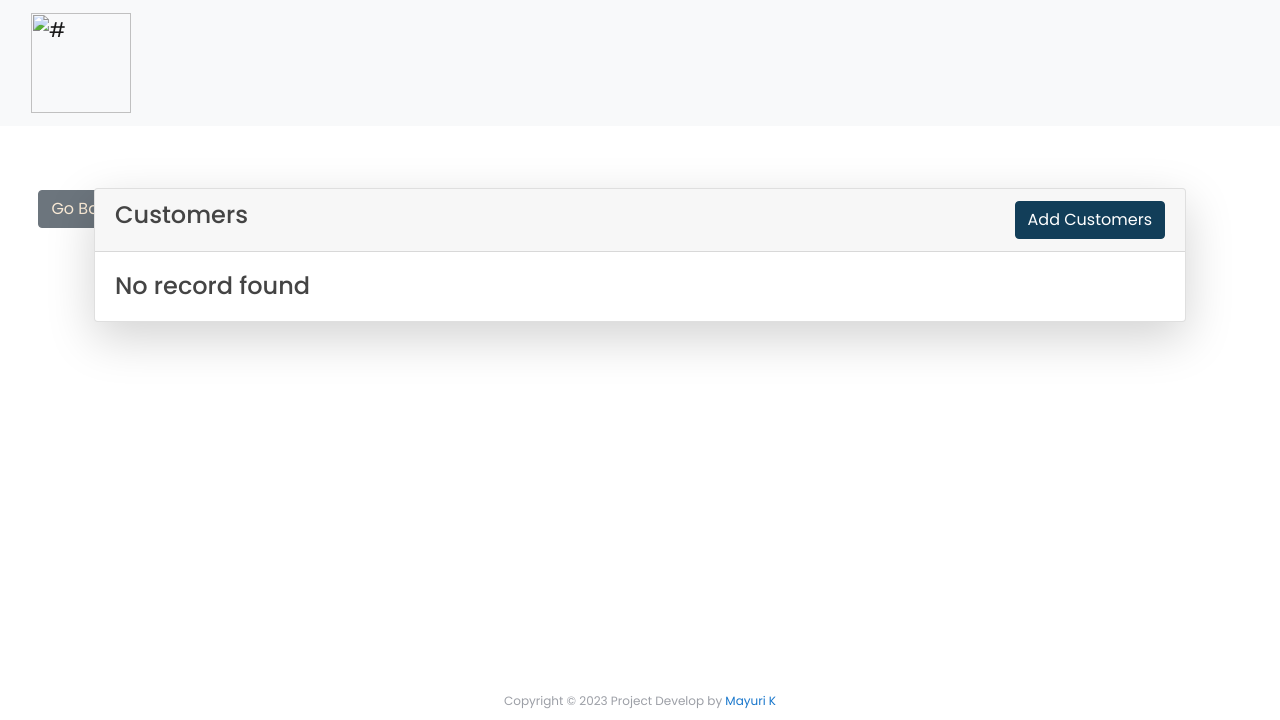
Repository: JyrossC/POS-PHP
Page: http://localhost/customer/customers.php
These files come from the project's save history. The page is drawn as it stood at one moment and after the next save; the edit follows.
The browser window is 1280 px wide. The pictures show the whole page.
Some web fonts or font styles are not loaded; a fallback is used. The page is run by PHP 8.4 with error messages shown; the project is at /var/www/html/. Other server files are loaded and not shown. Queries for data that is not in the repository find no rows.

Above is the page before, as saved 2024-08-24 14:58:03.

### POS System/customer/customers.php
<?php

include('../header.php');
include('function.php');
include('header1.php');
include('navbar.php');



?>

<div class=" mt-5 py-3" style="margin-left: 3%; text-decoration: none;" >
    <button type="button" class="btn btn-secondary">
        <a href="../index.php" style="text-decoration: none; color:antiquewhite; ">Go Back</a>
    </button>
</div>

<div class="container px-4" style="margin-top: -80px;" >
    <div class="card mt-4 shadow-lg">
        <div class="card-header">
            <h4 class="mb-0">Customers
                <a href="add-customer.php" class="btn btn-primary float-end">Add Customers</a>
            </h4>
        </div>
        <div class="card-body">
            <?php alertMessage(); ?>

            <?php
                $customers = getAll('customers');
                if(!$customers){
                    echo '<h4>Something Went Wrong</h4>';
                    return false;
                }
                if(mysqli_num_rows($customers) > 0)
                {


            ?>

            <div class="table-responsive">
                <table class="table table-striped table-bordered">
                    <thead>
                        <tr>
                            <th>ID</th>
                            <th>Name</th>
                            <!-- <th>Email</th> -->
                            <th>Phone</th>
                            <!-- <th>image</th> -->
                            <th>Status</th>
                            <th>Action</th>
                        </tr>
                    </thead>
                    <tbody>

                        <?php foreach($customers as $item) : ?>
                        <tr>
                            <td><?=$item['id']; ?></td>
                            <td><?=$item['name']; ?></td>
                            <!-- <td><?=$item['email']; ?></td> -->
                            <td><?=$item['phone']; ?></td>
                            <!-- <td><?=$item['image']; ?></td> -->

                            <td class="justify-content-center">
                                <?php
                                   if($item['status'] == 1 )
                                   {
                                    echo '<span class="badge bg-danger">Hidden</span>';
                                   }
                                   else
                                   {
                                    echo '<span class="badge bg-success">Visible</span>';
                                   }
                                ?>

                            </td>
                            <td>
                                <a href="edit-customer.php?id=<?= $item['id']; ?>" class="btn btn-primary btn-sm">Edit</a>
                                <a href="delete-customer.php?id=<?= $item['id']; ?>" class="btn btn-danger btn-sm">Delete</a>
                            </td>
                        </tr>
                        <?php endforeach; ?>

                    </tbody>
                </table>
            </div>


            <?php
                        }
                        else
                        {
                            ?>
                            <tr>
                                <h4 class="mb-0">No record found</h4>
                            </tr>
                            <?php
                        }
                        ?>


        </div>
    </div>

    </div>
</div>

<!-- <div class="footer">
    <footer>
            <div class="row">
                <div class="col-4">
                <div class="card">
                    <div class="card-body">

                    </div>
                </div>
            </div>
        </div>
    </footer>
</div> -->

### POS System/header.php
  <link rel="icon" type="image/x-icon" href="assets/uploads/fav.png">
  <meta content="" name="descriptison">
  <meta content="" name="keywords">



  <!-- Google Fonts -->
  <link href="https://fonts.googleapis.com/css?family=Open+Sans:300,300i,400,400i,600,600i,700,700i|Raleway:300,300i,400,400i,500,500i,600,600i,700,700i|Poppins:300,300i,400,400i,500,500i,600,600i,700,700i" rel="stylesheet">
    <link rel="stylesheet" href="assets/font-awesome/css/all.min.css">
    <link href="https://cdn.jsdelivr.net/npm/bootstrap@5.1.3/dist/css/bootstrap.min.css" rel="stylesheet" integrity="sha384-1BmE4kWBq78iYhFldvKuhfTAU6auU8tT94WrHftjDbrCEXSU1oBoqyl2QvZ6jIW3" crossorigin="anonymous">
<!--  Orginal Author Name: Mayuri K.
 for any PHP, Codeignitor, Laravel OR Python work contact me at mayuri.infospace@gmail.com
 Visit website : www.mayurik.com -->

  <!-- Vendor CSS Files -->
  <link href="assets/vendor/bootstrap/css/bootstrap.min.css"  rel="stylesheet">
  <link href="assets/vendor/icofont/icofont.min.css" rel="stylesheet">
  <link href="assets/vendor/boxicons/css/boxicons.min.css" rel="stylesheet">
  <link href="assets/vendor/venobox/venobox.css" rel="stylesheet">
  <link href="assets/vendor/animate.css/animate.min.css" rel="stylesheet">
  <link href="assets/vendor/remixicon/remixicon.css" rel="stylesheet">
  <link href="assets/vendor/owl.carousel/assets/owl.carousel.min.css" rel="stylesheet">
  <link href="assets/vendor/bootstrap-datepicker/css/bootstrap-datepicker.min.css" rel="stylesheet">
  <link href="assets/DataTables/datatables.min.css" rel="stylesheet">
  <link href="assets/css/jquery.datetimepicker.min.css" rel="stylesheet">
  <link href="assets/css/select2.min.css" rel="stylesheet">


  <!-- Template Main CSS File -->
  <link href="assets/css/style.css" rel="stylesheet">
  <link type="text/css" rel="stylesheet" href="assets/css/jquery-te-1.4.0.css">

  <script src="assets/vendor/jquery/jquery.min.js"></script>
  <script src="assets/DataTables/datatables.min.js"></script>
  <script src="assets/vendor/bootstrap/js/bootstrap.bundle.min.js" defer></script>
  <script src="assets/vendor/jquery.easing/jquery.easing.min.js"></script>
  <script src="assets/vendor/php-email-form/validate.js"></script>
  <script src="assets/vendor/venobox/venobox.min.js"></script>
  <script src="assets/vendor/waypoints/jquery.waypoints.min.js"></script>
  <script src="assets/vendor/counterup/counterup.min.js"></script>
  <script src="assets/vendor/owl.carousel/owl.carousel.min.js"></script>
  <script src="assets/vendor/bootstrap-datepicker/js/bootstrap-datepicker.min.js"></script>
    <script type="text/javascript" src="assets/js/select2.min.js"></script>
    <script type="text/javascript" src="assets/js/jquery.datetimepicker.full.min.js"></script>
    <script type="text/javascript" src="assets/font-awesome/js/all.min.js"></script>
  <script type="text/javascript" src="assets/js/jquery-te-1.4.0.min.js" charset="utf-8"></script>

### POS System/customer/function.php
<?php
session_start();

require"../db_connect.php";

//input field validation
function validate($inputData){
    global $conn;
    $validatedData = mysqli_real_escape_string($conn, $inputData);
    return trim($validatedData);
}

//Redirect URL within pages with message (status)
function redirect($url, $status){
$_SESSION['status'] = $status;
header('Location: '. $url);
exit(0);
}


//Display messages of status after any process
function alertMessage(){
    if(isset($_SESSION['status'])){

        echo '<div class="alert alert-warning alert-dismissible fade show" role="alert">
            <h6>'. $_SESSION['status'] . '</h6>
            <button type="button" class="btn-close" data-bs-dismiss="alert" aria-label="Close"></button>
        </div>';
        unset($_SESSION['status']);
    }
}


//Insert  record into database function
function insert($tableName, $data){
    global $conn;

    $table = validate($tableName);

    $columns = array_keys($data);
    $values = array_values($data);

    $finalColumn= implode(', ', $columns);
    $finalValues = "'" .implode("', '", $values)."'";

    $query = "INSERT INTO $table ( $finalColumn) VALUES ($finalValues)";
    $result = mysqli_query($conn, $query);
    return $result;
}

//Update records into database function
function update($tableName, $id, $data){

    global $conn;

    $table = validate($tableName);
    $id = validate($id);

    $updateDataString = "";

    foreach($data as $column => $value){
        $updateDataString .= $column .'='. "'$value',";
        $finalUpdateData = substr(trim($updateDataString),0,-1);

        $query= "UPDATE $table SET $finalUpdateData WHERE id = '$id'";
        $result = mysqli_query($conn, $query);
        return $result;

    }
}
//Get all data  from database function
function getAll($tableName, $status = NULL){
        global $conn;
        $table = validate($tableName);
        $status = validate($status);

        if($status == 'status'){
            $query = "SELECT * FROM $table WHERE $status = '0'";
        }
        else
        {
            $query = "SELECT * FROM $table";
        }
        return mysqli_query($conn, $query);

    }

function getById($tableName, $id){
        global $conn;
        $table = validate($tableName);
        $id = validate($id);

        $query = "SELECT * FROM $table WHERE id = '$id' LIMIT 1";
        $result = mysqli_query($conn, $query);

        if($result){

            if(mysqli_num_rows($result) == 1){
                // $row = mysqli_fetch_array($result, MYSQLI_ASSOC);
                $row = mysqli_fetch_assoc($result);
                $response = [
                    'status' =>'200',
                    'data' =>$row,
                    'message' =>'Successfully fetched results'
                ];
                return $response;

            }else{
                $response = [
                    'status' =>'404',
                    'message' =>'No Data Found'
                ];
            }
        }
        else{
            $response = [
                'status' =>'500',
                'message' =>'Something went wrong'
            ];
        }

}


//Deleting data from database function
function delete($tableName, $id){

        global $conn;

        $table = validate($tableName);
        $id = validate($id);

        $query = "DELETE FROM  $table  WHERE  id = '$id' LIMIT  1";
        $result = mysqli_query($conn, $query);
        return $result;
}

//Check Parameter Function
function checkParamId($type)
{

    if(isset($_GET[$type]))
    {
        if($_GET[$type] != '')
        {
            return $_GET[$type];
        }
        else
        {
            return '<h5>No Id is Found</h5>';
        }
    }
    else
    {
        return '<h5>No Id is Given</h5>';
    }
}

//Log Out Function
function logoutSession(){
    unset( $_SESSION['loggedIn'] );
    unset( $_SESSION['loggedInUser'] );
}
?>

### POS System/db_connect.php
<?php

$conn= new mysqli('localhost','root','','kruxton')or die("Could not connect to mysql".mysqli_error($con));

### POS System/customer/header1.php
<link rel="icon" type="image/x-icon" href="assets/uploads/fav.png">
  <meta content="" name="descriptison">
  <meta content="" name="keywords">



  <!-- Google Fonts -->
  <link href="https://fonts.googleapis.com/css?family=Open+Sans:300,300i,400,400i,600,600i,700,700i|Raleway:300,300i,400,400i,500,500i,600,600i,700,700i|Poppins:300,300i,400,400i,500,500i,600,600i,700,700i" rel="stylesheet">
    <link rel="stylesheet" href="assets/font-awesome/css/all.min.css">
    <link href="https://cdn.jsdelivr.net/npm/bootstrap@5.1.3/dist/css/bootstrap.min.css" rel="stylesheet" integrity="sha384-1BmE4kWBq78iYhFldvKuhfTAU6auU8tT94WrHftjDbrCEXSU1oBoqyl2QvZ6jIW3" crossorigin="anonymous">


  <!-- Vendor CSS Files -->
  <link href="assets/vendor/bootstrap/css/bootstrap.min.css"  rel="stylesheet">
  <link href="assets/vendor/icofont/icofont.min.css" rel="stylesheet">
  <link href="assets/vendor/boxicons/css/boxicons.min.css" rel="stylesheet">
  <link href="assets/vendor/venobox/venobox.css" rel="stylesheet">
  <link href="assets/vendor/animate.css/animate.min.css" rel="stylesheet">
  <link href="assets/vendor/remixicon/remixicon.css" rel="stylesheet">
  <link href="assets/vendor/owl.carousel/assets/owl.carousel.min.css" rel="stylesheet">
  <link href="assets/vendor/bootstrap-datepicker/css/bootstrap-datepicker.min.css" rel="stylesheet">
  <link href="assets/DataTables/datatables.min.css" rel="stylesheet">
  <link href="assets/css/jquery.datetimepicker.min.css" rel="stylesheet">
  <link href="assets/css/select2.min.css" rel="stylesheet">


  <!-- Template Main CSS File -->
  <link href="assets/css/style.css" rel="stylesheet">
  <link type="text/css" rel="stylesheet" href="assets/css/jquery-te-1.4.0.css">

  <script src="assets/vendor/jquery/jquery.min.js"></script>
  <script src="assets/DataTables/datatables.min.js"></script>
  <script src="assets/vendor/bootstrap/js/bootstrap.bundle.min.js" defer></script>
  <script src="assets/vendor/jquery.easing/jquery.easing.min.js"></script>
  <script src="assets/vendor/php-email-form/validate.js"></script>
  <script src="assets/vendor/venobox/venobox.min.js"></script>
  <script src="assets/vendor/waypoints/jquery.waypoints.min.js"></script>
  <script src="assets/vendor/counterup/counterup.min.js"></script>
  <script src="assets/vendor/owl.carousel/owl.carousel.min.js"></script>
  <script src="assets/vendor/bootstrap-datepicker/js/bootstrap-datepicker.min.js"></script>
    <script type="text/javascript" src="assets/js/select2.min.js"></script>
    <script type="text/javascript" src="assets/js/jquery.datetimepicker.full.min.js"></script>
    <script type="text/javascript" src="assets/font-awesome/js/all.min.js"></script>
  <script type="text/javascript" src="assets/js/jquery-te-1.4.0.min.js" charset="utf-8"></script>

### POS System/customer/navbar.php


<nav class="navbar navbar-light bg-light">
  <div class="container-fluid">
    <a class="navbar-brand" href="#">
      <img src="" alt="#" width="100" height="100" class="d-inline-block align-text-top" style="margin-right: 15%;">
    </a>
    <div style="margin-right: 10%;" >
      <h5 class="text-success" >
        <?php echo isset($_SESSION['system']['name']) ? $_SESSION['system']['name'] : '' ?>
      </h5>
    </div>
  </div>
</nav>

Loaded but not shown: POS System/assets/font-awesome/css/all.min.css (library); POS System/assets/DataTables/datatables.min.css (library); POS System/assets/css/jquery.datetimepicker.min.css (library); POS System/assets/css/select2.min.css (library); POS System/assets/css/jquery-te-1.4.0.css (library); POS System/assets/DataTables/datatables.min.js (library); POS System/assets/js/select2.min.js (library); POS System/assets/js/jquery.datetimepicker.full.min.js (library); POS System/assets/js/jquery-te-1.4.0.min.js (library); POS System/assets/css/style.css (1743 lines, source omitted)

After the next save:
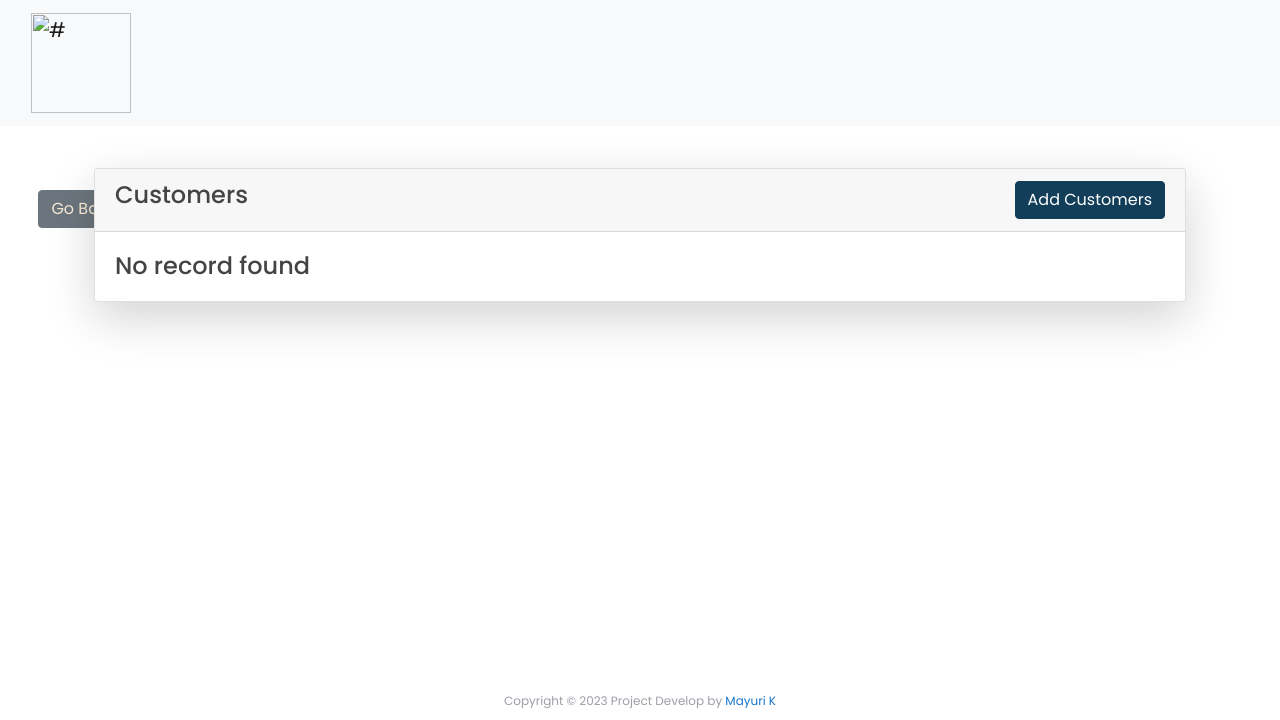
Saved 10 s later.
--- a/POS System/customer/customers.php
+++ b/POS System/customer/customers.php
@@ -15,7 +15,7 @@ include('navbar.php');
     </button>
 </div>
 
-<div class="container px-4" style="margin-top: -80px;" >
+<div class="container px-4" style="margin-top: -100px;" >
     <div class="card mt-4 shadow-lg">
         <div class="card-header">
             <h4 class="mb-0">Customers
